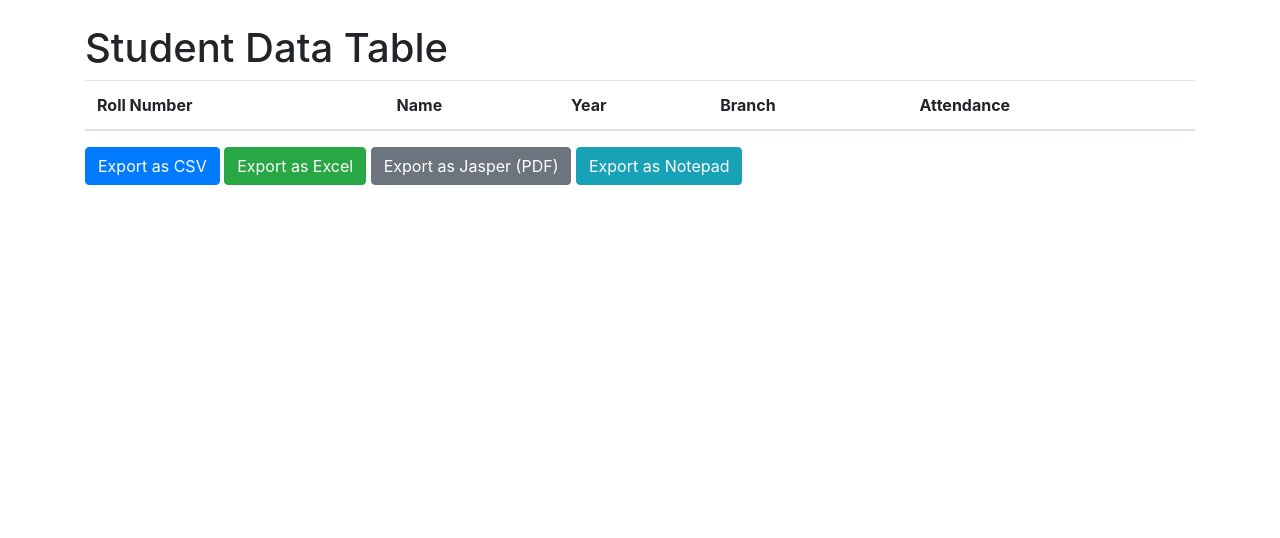
Repository: supranshu/CrystalReportGenerator
Page: http://localhost/generate_report
The author's editor kept a copy of each file at every save. The page is drawn from the files as they stood at one save, then again after the next save.
The browser window is 1280 px wide. The pictures show the whole page.
The page is this project's Thymeleaf template; nobody is signed in. The template is opened directly, without the code that normally fills it, so the values that code supplies are empty.

Above is the page before, as saved 2023-07-25 14:21:42.

### com.report/src/main/resources/templates/generate_report.html
<!DOCTYPE html>
<html xmlns:th="http://www.thymeleaf.org">
<head>
    <meta charset="UTF-8">
    <title>Export Data</title>
    <!-- Link to Bootstrap CSS -->
    <link rel="stylesheet" href="https://maxcdn.bootstrapcdn.com/bootstrap/4.5.2/css/bootstrap.min.css">
</head>
<body>
    <div class="container mt-4">
        <h1>Student Data Table</h1>
        <table class="table table-striped">
            <thead>
                <tr>
                    <th>Roll Number</th>
                    <th>Name</th>
                    <th>Year</th>
                    <th>Branch</th>
                    <th>Attendance</th>
                </tr>
            </thead>
            <tbody>
                <!-- Loop through the list of students and display the data in rows -->
                <tr th:each="student : ${students}">
                    <td th:text="${student.rollNumber}"></td>
                    <td th:text="${student.name}"></td>
                    <td th:text="${student.year}"></td>
                    <td th:text="${student.branch}"></td>
                    <td th:text="${student.attendance}"></td>
                </tr>
            </tbody>
        </table>

        <!-- Add buttons to export the data in different formats -->
        <a class="btn btn-primary" th:href="@{/export/csv}" target="_blank">Export as CSV</a>
        <a class="btn btn-success" th:href="@{/export/excel}" target="_blank">Export as Excel</a>
        <a class="btn btn-secondary" th:href="@{/export/jasper}" target="_blank">Export as Jasper (PDF)</a>
        <a class="btn btn-info" th:href="@{/export/notepad}" target="_blank">Export as Notepad</a>
    </div>
</body>
</html>

After the next save:
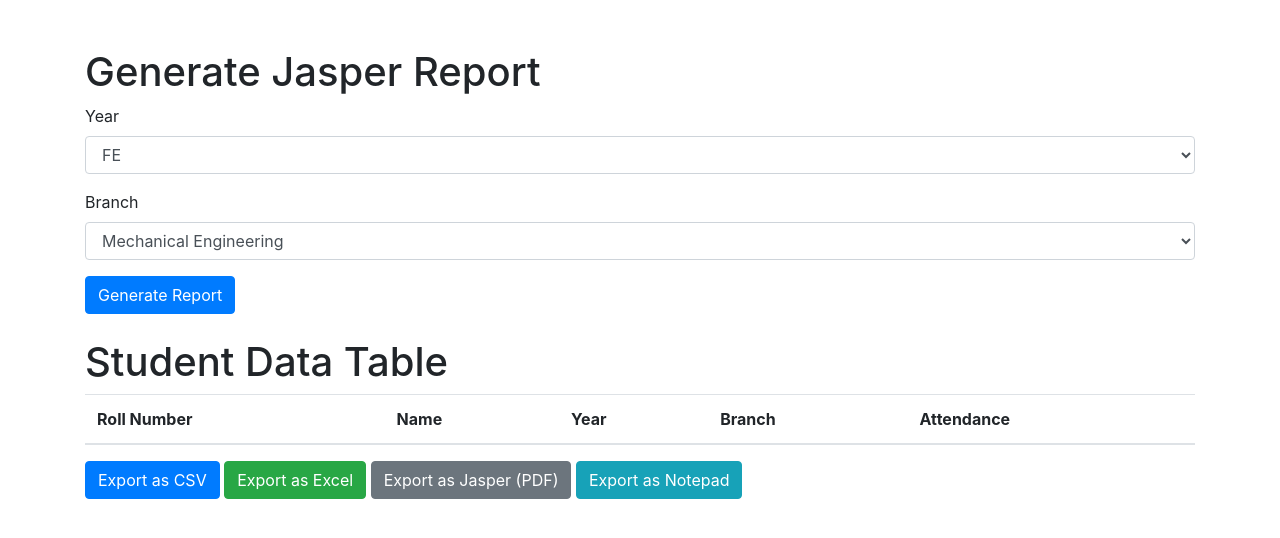
Saved 45 s later.
--- a/com.report/src/main/resources/templates/generate_report.html
+++ b/com.report/src/main/resources/templates/generate_report.html
@@ -7,6 +7,31 @@
     <link rel="stylesheet" href="https://maxcdn.bootstrapcdn.com/bootstrap/4.5.2/css/bootstrap.min.css">
 </head>
 <body>
+	<div class="container mt-5">
+	    <h1>Generate Jasper Report</h1>
+	    <form th:action="@{/generate-report}" method="get" target="_blank">
+	        <div class="form-group">
+                <label for="year">Year</label>
+                <select class="form-control" id="year" name="year" required>
+                    <option value="FE">FE</option>
+                    <option value="SE">SE</option>
+                    <option value="TE">TE</option>
+                    <option value="BE">BE</option>
+                </select>
+            </div>
+            <div class="form-group">
+                <label for="branch">Branch</label>
+                <select class="form-control" id="branch" name="branch" required>
+                    <option value="MechanicalEngineering">Mechanical Engineering</option>
+                    <option value="ElectricalEngineering">Electrical Engineering</option>
+                    <option value="ComputerScience">Computer Science Engineering</option>
+                    <option value="CivilEngineering">Civil Engineering</option>
+                    <option value="InformationTechnology">Information Technology Engineering</option>
+                </select>
+            </div>
+	        <button type="submit" class="btn btn-primary">Generate Report</button>
+	    </form>
+	</div>
     <div class="container mt-4">
         <h1>Student Data Table</h1>
         <table class="table table-striped">
